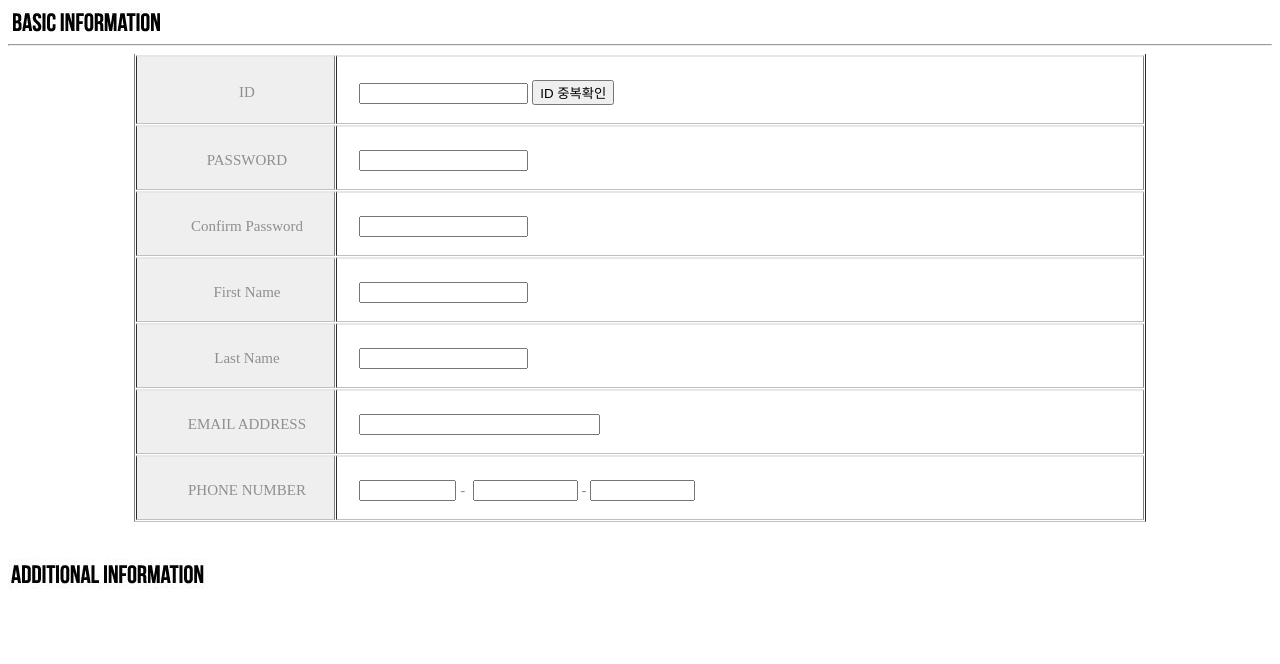
Repository: kminjoo/Making-website-using-JSP
Page: http://localhost/website_project/Register.jsp
The author's editor kept a copy of each file at every save. The page is drawn from the files as they stood at one save, then again after the next save.
The browser window is 1280 px wide. The pictures show the whole page.
The page is served by Tomcat 9. Other server files are loaded and not shown.

Above is the page before, as saved 2015-07-21 14:18:43.

### website_project/WebContent/Register.jsp
<%@ page language="java" contentType="text/html; charset=EUC-KR"
    pageEncoding="EUC-KR"%>
<!DOCTYPE html PUBLIC "-//W3C//DTD HTML 4.01 Transitional//EN" "http://www.w3.org/TR/html4/loose.dtd">
<html>
<head>
<meta http-equiv="Content-Type" content="text/html; charset=EUC-KR">
<title>Welcome to Minjoo's Website!</title>
<link href="style.css" rel="stylesheet" type="text/css">

<script language="JavaScript" src="script.js"></script>
</head>
<body>
<div><img src="<%=request.getContextPath() %>/images/basicInfo.JPG"/></div>
<hr>
<table border="1" cellpadding="18" cellspacing="1" width="80%" align="center">
<form name="regForm" method="post" action="RegisterProc.jsp">
	<tr>
		<td width="13%" align="center" bgcolor="#EFEFEF">ID</td>
		<td width="60%"><input type="text" name="mem_id" size="18">
		<input type="button" value="ID 중복확인" onClick="idCheck(this.form.mem_id.value)"></td>
	</tr>
	<tr>
		<td width="13%" align="center" bgcolor="#EFEFEF">PASSWORD</td>
		<td width="60%"><input type="password" name="mem_passwd" size="18">
	</tr>
	<tr>
		<td width="13%" align="center" bgcolor="#EFEFEF">Confirm Password</td>
		<td width="60%"><input type="password" name="mem_repasswd" size="18">
	</tr>
	<tr>
		<td width="13%" align="center" bgcolor="#EFEFEF">First Name</td>
		<td width="60%"><input type="text" name="mem_firstname" size="18"></td>
	</tr>
	<tr>
		<td width="13%" align="center" bgcolor="#EFEFEF">Last Name</td>
		<td width="60%"><input type="text" name="mem_lastname" size="18"></td>
	</tr>
	<tr>
		<td width="13%" align="center" bgcolor="#EFEFEF">EMAIL ADDRESS</td>
		<td width="60%"><input type="text" name="mem_email" size="27">
	</tr>
	<tr>
		<td width="13%" align="center" bgcolor="#EFEFEF">PHONE NUMBER</td>
		<td width="30%"><input type="text" name="mem_phone1" size="9">&nbsp;-&nbsp;
		<input type="text" name="mem_phone2" size="10">&nbsp;-&nbsp;<input type="text" name="mem_phone3" size="10"></td>
	</tr>

</table>
<br><br>
<div><img src="<%=request.getContextPath() %>/images/additional.JPG"/></div>
</form>

</body>
</html>

### website_project/WebContent/style.css
@CHARSET "EUC-KR";

hr {
    display: block;
    margin-top: 0.5em;
    margin-bottom: 0.5em;
    margin-left: auto;
    margin-right: auto;
    border-style: inset;
    border-width: 1px;
}

/*table {
    display: table;
    border-collapse: collpase;
    border-spacing: 0px;
    border-color: #EFEFEF;
}*/

img{vertical-align:middle;}

table{table-layout:fixed;border-top:0px solid #c0c0c0;border-bottom:1px solid #c0c0c0;}

td{padding:23px 0 18px 22px;border-top:2px solid #e7e7e7;color:#8f8f8f;line-height:140%;font-size:15px;}

### website_project/WebContent/script.js
/**
 *
 */


function loginCheck(){
	if(document.login.mem_id.value==""){
		alert("Enter your ID.");
		document.login.mem_id.focus();
		return;
	}
	if(document.login.mem_passwd.value==""){
		alert("Enter your password.");
		document.login.mem_passwd.focus();
		return;
	}
	document.login.submit();

}

function memberReg(){
	location.href ="Register.jsp";
}
function idCheck(id){
	if(id == ""){
	alert("Enter your ID.");
	document.regForm.mem_id.focus();
	}else{
		url="IdCheck.jsp?mem_id=" + id;
		window.open(url,"post","width=300,height=150");
	}
}

function inputCheck(){
	if(document.regForm.mem_id.value==""){
		alert("Enter your ID.");
		document.regForm.mem_id.focus();
		return;
	}
	if(document.regForm.mem_password.value==""){
		alert("Enter your Password.");
		document.regForm.mem_password.focus();
		return;
	}
	if(document.regForm.mem_repasswd.value==""){
		alert("Enter your Password.");
		document.regForm.mem_repasswd.focus();
		return;
	}

	if(document.regForm.mem_password.value != document.regForm.mem_repasswd.value){
		alert("Passwords do not match.");
		document.regForm.mem_passwd.focus();
		return;
	}

	if(document.regForm.mem_firstname.value==""){
		alert("Enter your first name.");
		document.regForm.mem_firstname.focus();
		return;
	}
	if(document.regForm.mem_lastname.value==""){
		alert("Enter your last name.");
		document.regForm.mem_lastname.focus();
		return;
	}
	if(document.regForm.mem_email.value==""){
		alert("Enter your email address.");
		document.regForm.mem_email.focus();
		return;
	}
	if(document.regForm.mem_phone1.value==""){
		alert("Enter your phone number.");
		document.regForm.mem_phone1.focus();
		return;
	}
	if(document.regForm.mem_phone2.value==""){
		alert("Enter your phone number.");
		document.regForm.mem_phone2.focus();
		return;
	}
	if(document.regForm.mem_phone3.value==""){
		alert("Enter your phone number.");
		document.regForm.mem_phone3.focus();
		return;
	}

	var str = document.regForm.mem_email.value;
	var atPos = str.indexOf('@');
	var atLastPos = str.lastIndexOf('@');
	var dotPos = str.indexOf('.');
	var spacePos = str.indexOf(' ');
	var commaPos = str.indexOf(',');
	var emailSize = str.length;

	if(atPos>1 && atPos == atLastPos && dotPos > 3 && spacePos == -1 &&
			commaPos == -1 && atPos + 1 < dotPos && dotPos + 1 < emailSize );
	else{
		alert("This e-mail address is incorrectly formatted. \n\r Please try again.");
		document.regForm.mem_email.focus();
		return;
	}

	document.regForm.submit();
}

function inputCheck2(){
	if(document.regForm.mem_id.value==""){
		alert("Enter your ID.");
		document.regForm.mem_id.focus();
		return;
	}
	if(document.regForm.mem_password.value==""){
		alert("Enter your Password.");
		document.regForm.mem_password.focus();
		return;
	}

	if(document.regForm.mem_firstname.value==""){
		alert("Enter your first name.");
		document.regForm.mem_firstname.focus();
		return;
	}
	if(document.regForm.mem_lastname.value==""){
		alert("Enter your last name.");
		document.regForm.mem_lastname.focus();
		return;
	}
	if(document.regForm.mem_email.value==""){
		alert("Enter your email address.");
		document.regForm.mem_email.focus();
		return;
	}
	if(document.regForm.mem_phone1.value==""){
		alert("Enter your phone number.");
		document.regForm.mem_phone1.focus();
		return;
	}
	if(document.regForm.mem_phone2.value==""){
		alert("Enter your phone number.");
		document.regForm.mem_phone2.focus();
		return;
	}
	if(document.regForm.mem_phone3.value==""){
		alert("Enter your phone number.");
		document.regForm.mem_phone3.focus();
		return;
	}

	var str = document.regForm.mem_email.value;
	var atPos = str.indexOf('@');
	var atLastPos = str.lastIndexOf('@');
	var dotPos = str.indexOf('.');
	var spacePos = str.indexOf(' ');
	var commaPos = str.indexOf(',');
	var emailSize = str.length;

	if(atPos>1 && atPos == atLastPos && dotPos > 3 && spacePos == -1 &&
			commaPos == -1 && atPos + 1 < dotPos && dotPos + 1 < emailSize );
	else{
		alert("This e-mail address is incorrectly formatted. \n\r Please try again.");
		document.regForm.mem_email.focus();
		return;
	}

	document.regForm.submit();
}

function win_close()
{
	self.close();
}

function searchInputCheck(sform){
	if(sform.search.value==""){
	alert("Enter what you want to search");
	sform.search.focus();
	return false;
}
	sform.submit();
}

After the next save:
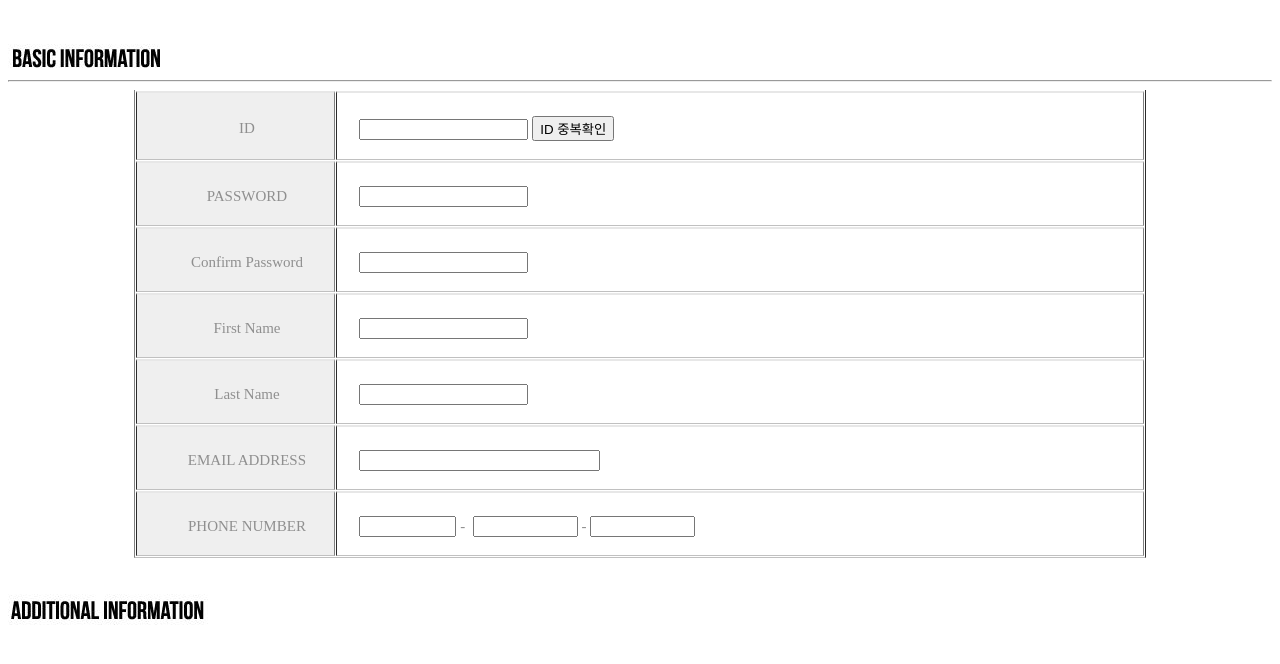
Saved 20 s later.
--- a/website_project/WebContent/Register.jsp
+++ b/website_project/WebContent/Register.jsp
@@ -9,7 +9,7 @@
 
 <script language="JavaScript" src="script.js"></script>
 </head>
-<body>
+<body><br><br>
 <div><img src="<%=request.getContextPath() %>/images/basicInfo.JPG"/></div>
 <hr>
 <table border="1" cellpadding="18" cellspacing="1" width="80%" align="center">
